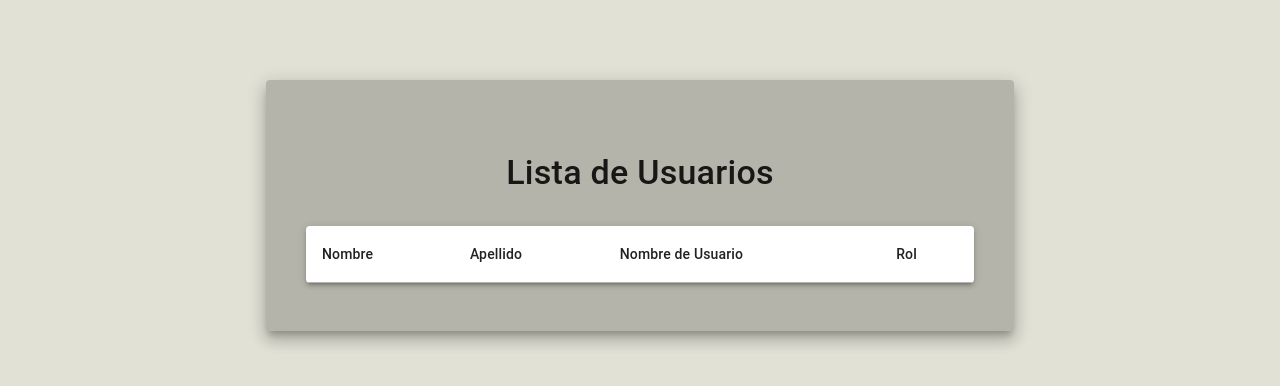
Repository: Mpablom/usuarioCaC-integrador-final-front
Page: /usuarios
An editor plug-in stored every save of this project. The page is shown before and after the next save, followed by the edit.
The browser window is 1280 px wide. The pictures show the whole page.
The page's requests for data from a server got no answer. The project was rebuilt for these pictures with package versions that can differ from the ones it lists, and the page was loaded fresh each time. No one was signed in, and anything a server would have sent is missing. Also part of the build but not shown: vite.config.ts, src/components/Login.tsx.

Above is the page before, as saved 2024-07-11 00:19:07.

After the next save:
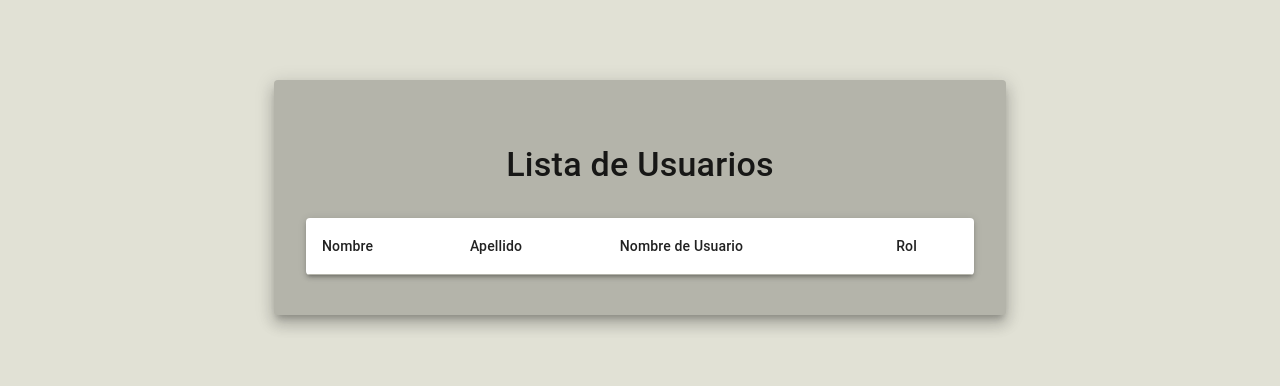
Saved 4 s later.
--- a/src/components/UsuariosTable.tsx
+++ b/src/components/UsuariosTable.tsx
@@ -32,7 +32,7 @@ const UsuariosTable: React.FC = () => {
   }, []);
 
   return (
-    <Card sx={{ maxWidth: 700, margin: "auto", boxShadow:'10', mt: 10, p: 3, bgcolor:"#B4B4AA" }}>
+    <Card sx={{ maxWidth: 700, margin: "auto", boxShadow:'10', mt: 10, p: 2, bgcolor:"#B4B4AA" }}>
       <CardContent>
          <Typography variant="h4" component="h1" p={4} textAlign={"center"} fontWeight={500}>
           Lista de Usuarios
